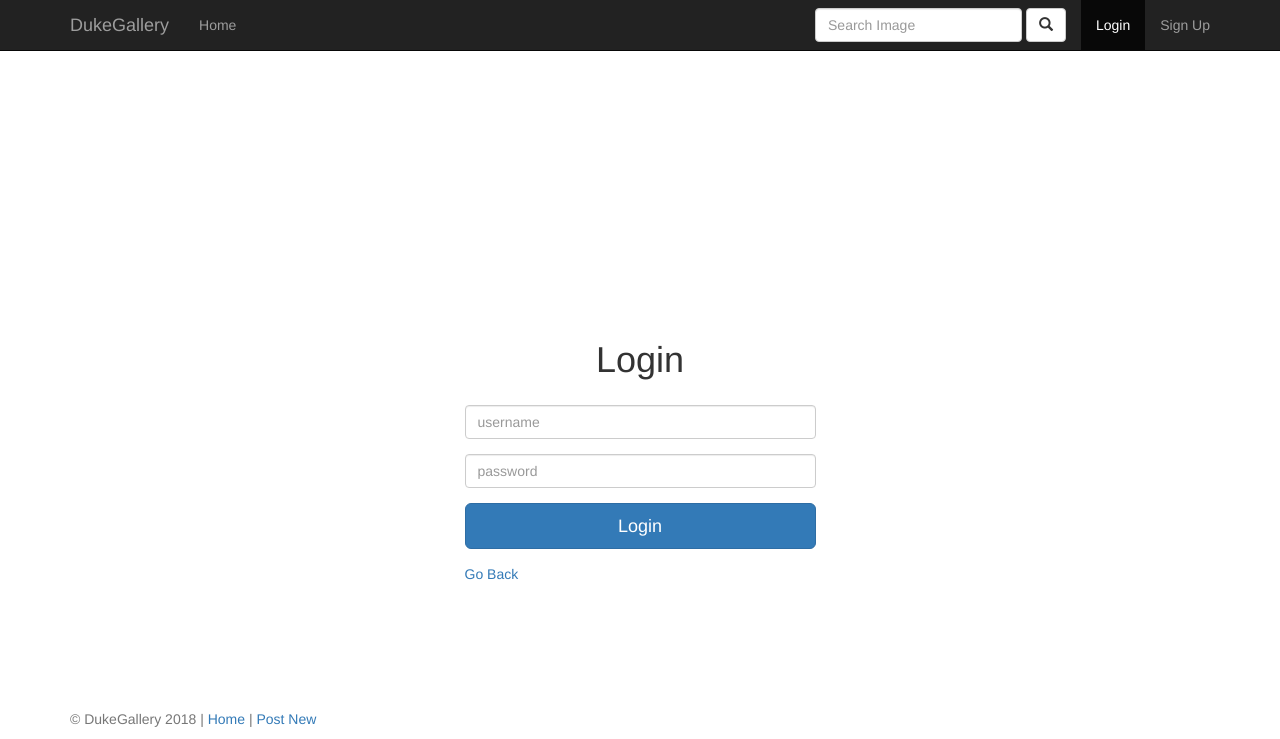
Repository: zhangsi929/Duke_gallery
Page: http://localhost/login
The author's editor kept a record of every edit. The page is drawn from the files as they stood at one moment, then again after the next edit.
The browser window is 1280 px wide. The pictures show the whole page.
Some web libraries are served in a nearby version. The page is served by the project's Node server (app.js). Other server files are loaded and not shown.

Above is the page before.

### views/login.ejs
<% include ./partials/header %>
<div class="row">
    <h1 style="text-align: center">Login</h1>
    <div style="width: 30%; margin: 25px auto;">
        <form action="/login" method="post">
            <div class="form-group">
                <input class="form-control" type="text" name="username" placeholder="username">
            </div>
            <div class="form-group">
                <input class="form-control" type="password" name="password" placeholder="password">
            </div>
            <div class="form-group">
                <button class="btn btn-lg btn-primary btn-block">Login</button>
            </div>
        </form>
        <a href="/gallery">Go Back</a>
    </div>
</div>

<% include ./partials/footer %>

### views/partials/header.ejs
<!DOCTYPE html>
<html>
    <head>
        <!-- Make site responsive on mobile/tablet -->
        <meta name="viewport" content="width=device-width, initial-scale=1">
        <title>Duke Gallery</title>
        <link rel="stylesheet" href="https://maxcdn.bootstrapcdn.com/bootstrap/3.3.7/css/bootstrap.min.css">
        <link rel="stylesheet" href="/stylesheets/main.css">
    </head>
    <body>
        <nav class="navbar navbar-inverse navbar-fixed-top">
        <!--<nav class="navbar navbar-default">-->
            <div class="container">
                <div class="navbar-header">
                    <button type="button" class="navbar-toggle collapsed" data-toggle="collapse" data-target="#navbar" aria-expanded="false" aria-controls="navbar">
                      <span class="sr-only">Toggle navigation</span>
                      <span class="icon-bar"></span>
                      <span class="icon-bar"></span>
                      <span class="icon-bar"></span>
                    </button>

                    <a class="navbar-brand" href="/">DukeGallery</a>
                </div>
                <div id="navbar" class="collapse navbar-collapse">
                  <ul class="nav navbar-nav">
                    <li class="<%= typeof page !== 'undefined' && page === 'gallery' ? 'active' : '' %>"><a href="/gallery">Home</a></li>
                  </ul>
                  <ul class="nav navbar-nav navbar-right">
                          <li>
                            <form class="navbar-form" action = "/gallery" method="GET" >
                            <input type="text" name = "search" class="form-control" placeholder="Search Image">
                            <button type="submit" value = "Search" class="btn btn-default"><i class="glyphicon glyphicon-search"></i></button>
                            </form>
                          </li>
                      <% if(!currentUser){ %>
                          <li class="<%= typeof page !== 'undefined' && page === 'login' ? 'active' : '' %>"><a href="/login">Login</a></li>
                          <li class="<%= typeof page !== 'undefined' && page === 'register' ? 'active' : '' %>"><a href="/register">Sign Up</a></li>
                      <% } else { %>
                          <li><a href="#">Signed In As <%= currentUser.username %></a></li>
                          <li><a href="/logout">Logout</a></li>
                      <% } %>
                  </ul>
                </div>
            </div>
        </nav>
        <div class="container", style="margin: 100px auto;">
        <h1></h1>
        </div>
        <div class="container" ,style="margin: 10px auto;">
            <% if(error && error.length > 0){ %>
                <div class="alert alert-danger" role="alert">
                    <%= error %>
                </div>
            <% } %>
            <% if(success && success.length > 0){ %>
                <div class="alert alert-success" role="alert">
                    <%= success %>
                </div>
            <% } %>
        </div>
        <!--, style="margin: 100px auto;"-->
        <div class="container", style="margin: 100px auto;">

### views/partials/footer.ejs
    </div><!-- /.container -->
    <footer class="footer">
          <div class="container">
            <p class="text-muted">&copy; DukeGallery 2018 | <a href="/gallery">Home</a> | <a href="/gallery/new">Post New</a></p>
          </div>
    </footer>
    <!-- jQuery CDN -->
<script
  src="https://code.jquery.com/jquery-3.1.1.min.js"
  integrity="sha256-hVVnYaiADRTO2PzUGmuLJr8BLUSjGIZsDYGmIJLv2b8="
  crossorigin="anonymous"></script>

<!-- Bootstrap JS CDN -->
<script src="https://maxcdn.bootstrapcdn.com/bootstrap/3.3.7/js/bootstrap.min.js" integrity="sha384-Tc5IQib027qvyjSMfHjOMaLkfuWVxZxUPnCJA7l2mCWNIpG9mGCD8wGNIcPD7Txa" crossorigin="anonymous"></script>
    </body>
</html>

### app.js
//=====main======
var express = require("express");
var app = express();
var bodyParser = require("body-parser");
var mongoose = require("mongoose");
//model import
var Image  = require("./models/image");
var Comment = require("./models/comment");
var passport    = require("passport");
var LocalStrategy = require("passport-local");
var methodOverride = require("method-override");
var User        = require("./models/user");
var seedDB = require("./seeds");
var flash       = require("connect-flash");
//requring routes
var commentRoutes    = require("./routes/comments"),
    galleryRoutes = require("./routes/gallery"),
    indexRoutes      = require("./routes/index")

//mongoose.connect("mongodb://localhost/dukegallery");
mongoose.connect("mongodb://Si:zhangsi110@ds257627.mlab.com:57627/dukegallery");
app.use(bodyParser.urlencoded({extended: true}));
app.set("view engine", "ejs");
app.use(express.static(__dirname + "/public"));
app.use(methodOverride("_method"));
app.use(flash());
//seedDB();
app.locals.moment = require('moment');

// PASSPORT CONFIGURATION
app.use(require("express-session")({
    secret: "Once again Rusty wins cutest dog!",
    resave: false,
    saveUninitialized: false
}));
app.use(passport.initialize());
app.use(passport.session());
passport.use(new LocalStrategy(User.authenticate()));
passport.serializeUser(User.serializeUser());
passport.deserializeUser(User.deserializeUser());

app.use(function(req, res, next){
   res.locals.currentUser = req.user;
   res.locals.error = req.flash("error");
   res.locals.success = req.flash("success");
   next();
});

// ROUTES
app.use("/", indexRoutes);
app.use("/gallery", galleryRoutes);
app.use("/gallery/:id/comments", commentRoutes);

app.listen(process.env.PORT, process.env.IP, function(){
   console.log("The DukeGallery Server Has Started!");
});

### routes/index.js
var express = require("express");
var router  = express.Router({mergeParams: true});

router.get("/", function(req, res){
    res.render("landing");
});
var passport = require("passport");
var User = require("../models/user");
//  ===========
// AUTH ROUTES
//  ===========

// show register form
router.get("/register", function(req, res){
   //res.render("register");
   res.render("register", {page: 'register'});
});
//handle sign up logic
router.post("/register", function(req, res){
    var newUser = new User({username: req.body.username});
    User.register(newUser, req.body.password, function(err, user){
        // if(err){
        //     req.flash("error", err.message);
        //     return res.render("register");
        // }
        if(err){
            console.log(err);
            return res.render("register", {error: err.message});
        }
        passport.authenticate("local")(req, res, function(){
            req.flash("success", "Welcome to DukeGallery " + user.username);
          res.redirect("/gallery");
        });
    });
});
// show login form
router.get("/login", function(req, res){
   //res.render("login");
   res.render("login", {page: 'login'});
});
// handling login logic
router.post("/login", passport.authenticate("local",
    {
        successRedirect: "/gallery",
        failureRedirect: "/login"
    }), function(req, res){
});
// logout route
router.get("/logout", function(req, res){
   req.logout();
   req.flash("success", "Logged you out!");
   res.redirect("/gallery");
});


module.exports = router;

### public/stylesheets/main.css
.thumbnail img {
    width: 100%;
}


.thumbnail {
    padding: 0;
}

.thumbnail .caption-full {
    padding: 9px;
}
.body {
    padding-top: 65px;
}
#delete-form {
    display: inline;
}
/* Google Maps */
#map {
    height: 400px;
    width: 100%;
}
.jumbotron{
  position: relative;
    overflow: hidden;
    /*height: 200px;*/
 /*background-image: url("http://nasher.duke.edu/wp-content/themes/nasher/images/background.jpg");*/
 background-image: url("/image/haha.jpg");
 background-size: cover;
 color: #000000;
  /* Tried setting the height. Didnt work either */
  /* height: 200px; */
}
.jumbotron1{
  position: relative;
    overflow: hidden;
    height: 300px;

  /* Tried setting the height. Didnt work either */
  /* height: 200px; */
}
.container1 {
  position: relative;
  color: #000000;
  z-index: 2;
}
#video-background{
  position: absolute;
  height: auto;
  width: auto;
  min-height: 100%;
  min-width: 100%;
  left: 50%;
  top: 50%;
  -webkit-transform: translate3d(-50%, -50%, 0);
  transform: translate3d(-50%, -50%, 0);
  z-index: 1;
}


#footer{
    display: table;
    text-align: center;
    margin-left: auto;
    margin-right: auto;
}

After the next edit:
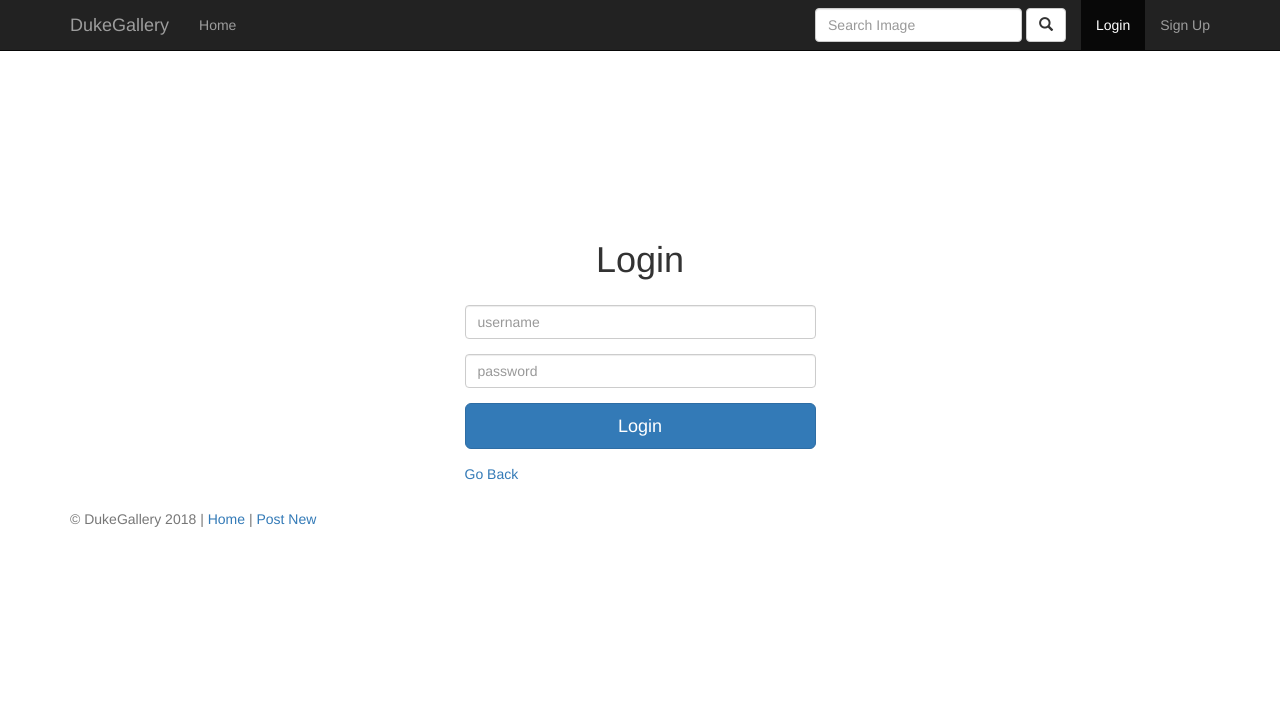
The edit:
--- a/views/partials/header.ejs
+++ b/views/partials/header.ejs
@@ -59,4 +59,4 @@
             <% } %>
         </div>
         <!--, style="margin: 100px auto;"-->
-        <div class="container", style="margin: 100px auto;">
+        <div class="container">
